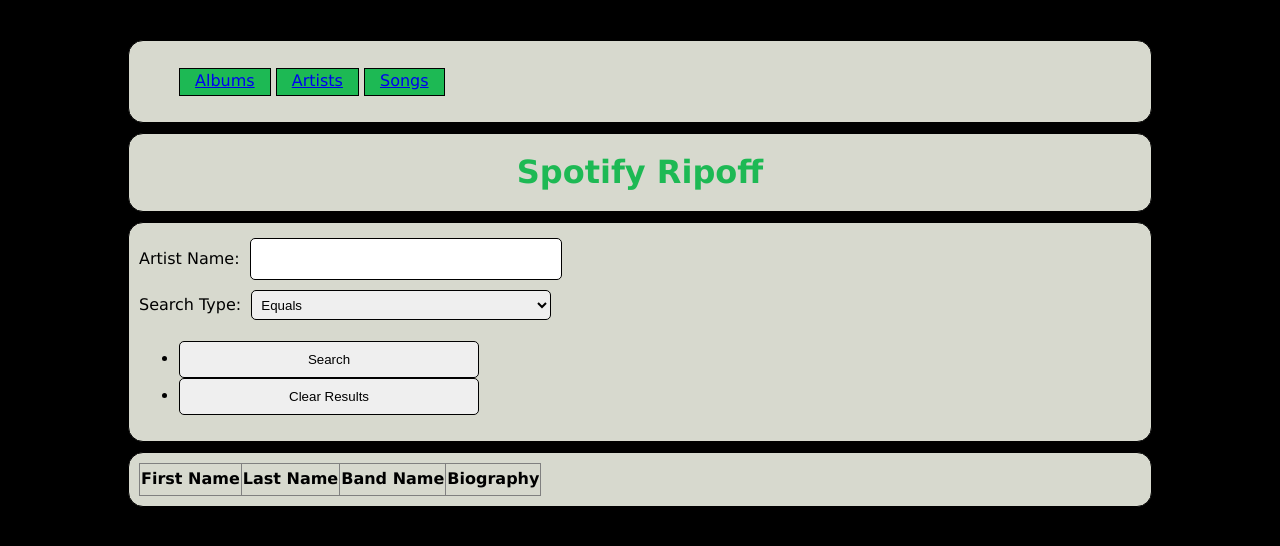
Repository: RRGTHWAR/bkg16_INFSCI1017
Page: bkg16_Music_FinalProject/WebContent/artist.html
An editor plug-in stored every save of this project. The page is shown before and after the next save, followed by the edit.
The browser window is 1280 px wide. The pictures show the whole page.

Above is the page before, as saved 2019-04-07 21:32:25.

After the next save:
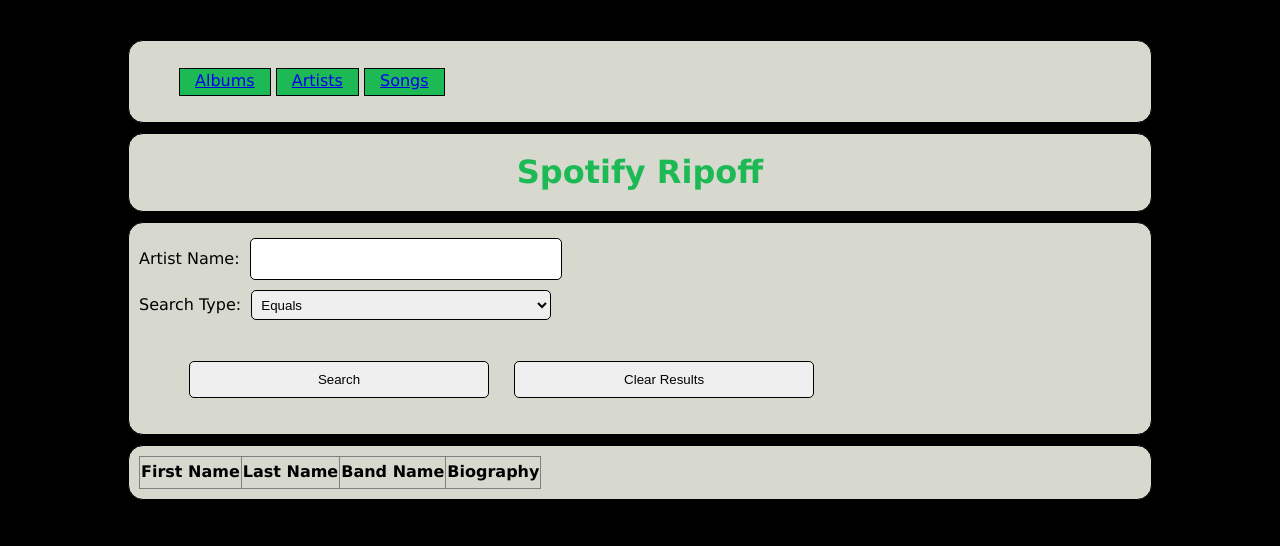
Saved 2 days later.
--- a/bkg16_Music_FinalProject/WebContent/artist.html
+++ b/bkg16_Music_FinalProject/WebContent/artist.html
@@ -29,7 +29,7 @@
 				<option value="">All</option>
 			</select>
 		</div>
-		<div id="buttons" >
+		<div id="btns" >
 			<ul>
 				<li><input type="button" id="btnSearch" name="btnSubmit" class="actButton" value="Search" /></li>
 				<li><input type="button" id="btnClear" name ="btnClear" class="actButton" value="Clear Results" /></li>
